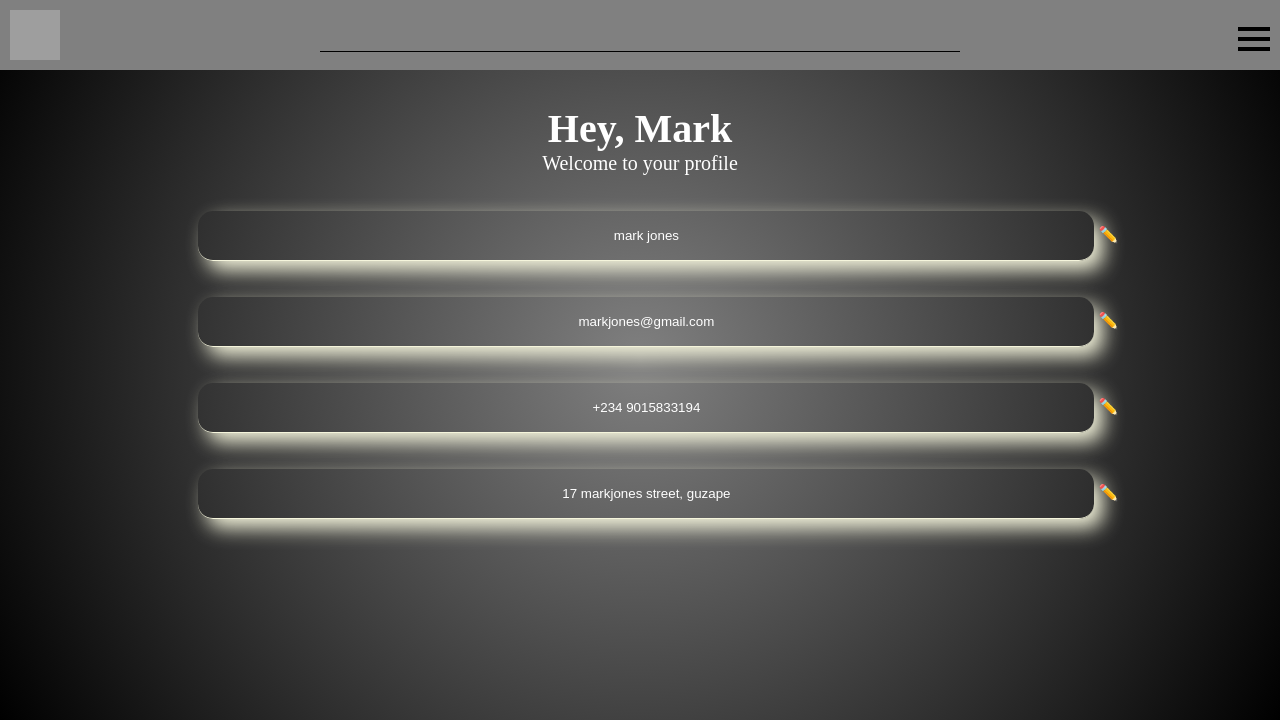
Repository: cmd-keyu/mobileppsh
Page: pages/account.html
These files come from the project's save history. The page is drawn as it stood at one moment and after the next save; the edit follows.
The browser window is 1280 px wide. The pictures show the whole page.
Pictures or frames that could not be fetched are drawn as grey boxes.

Above is the page before, as saved 2024-11-13 23:43:04.

After the next save:
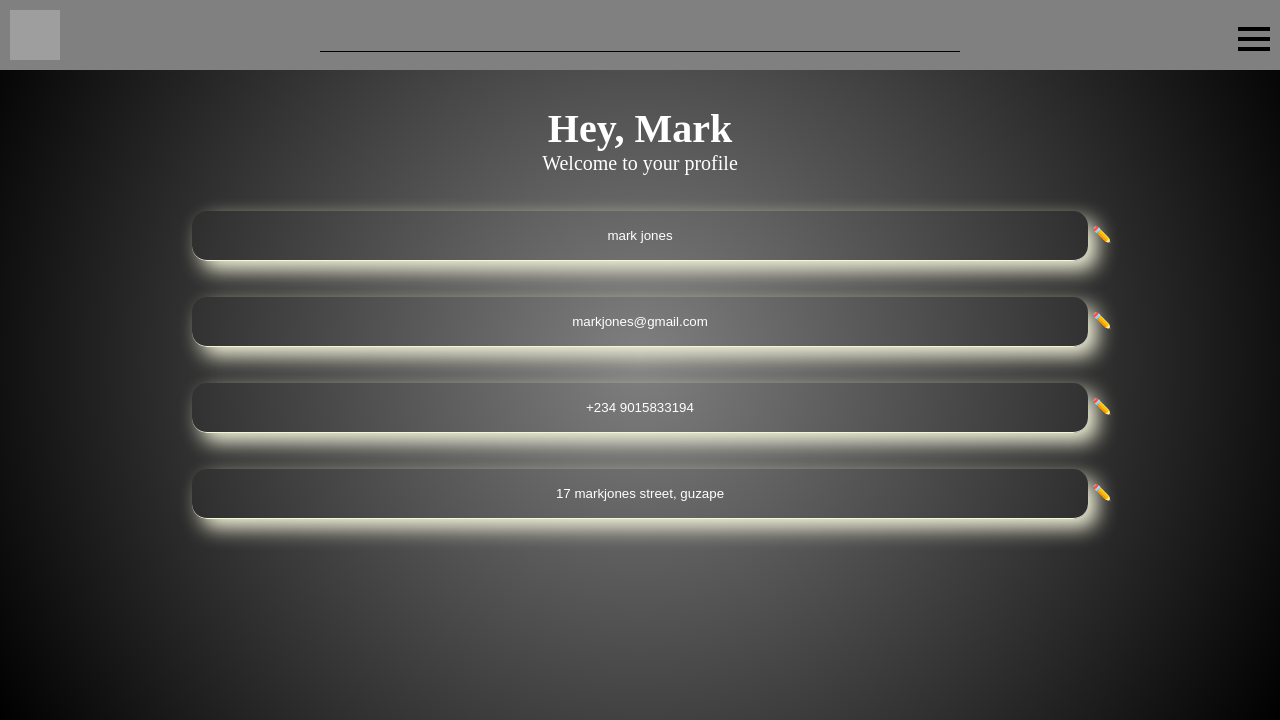
Saved 79 s later.
--- a/css/account.css
+++ b/css/account.css
@@ -181,7 +181,7 @@ footer h2{
 
 
 .move_input{
-  margin-left: 15.5%;
+  margin-left: 15%;
 }
 
 .hi{
